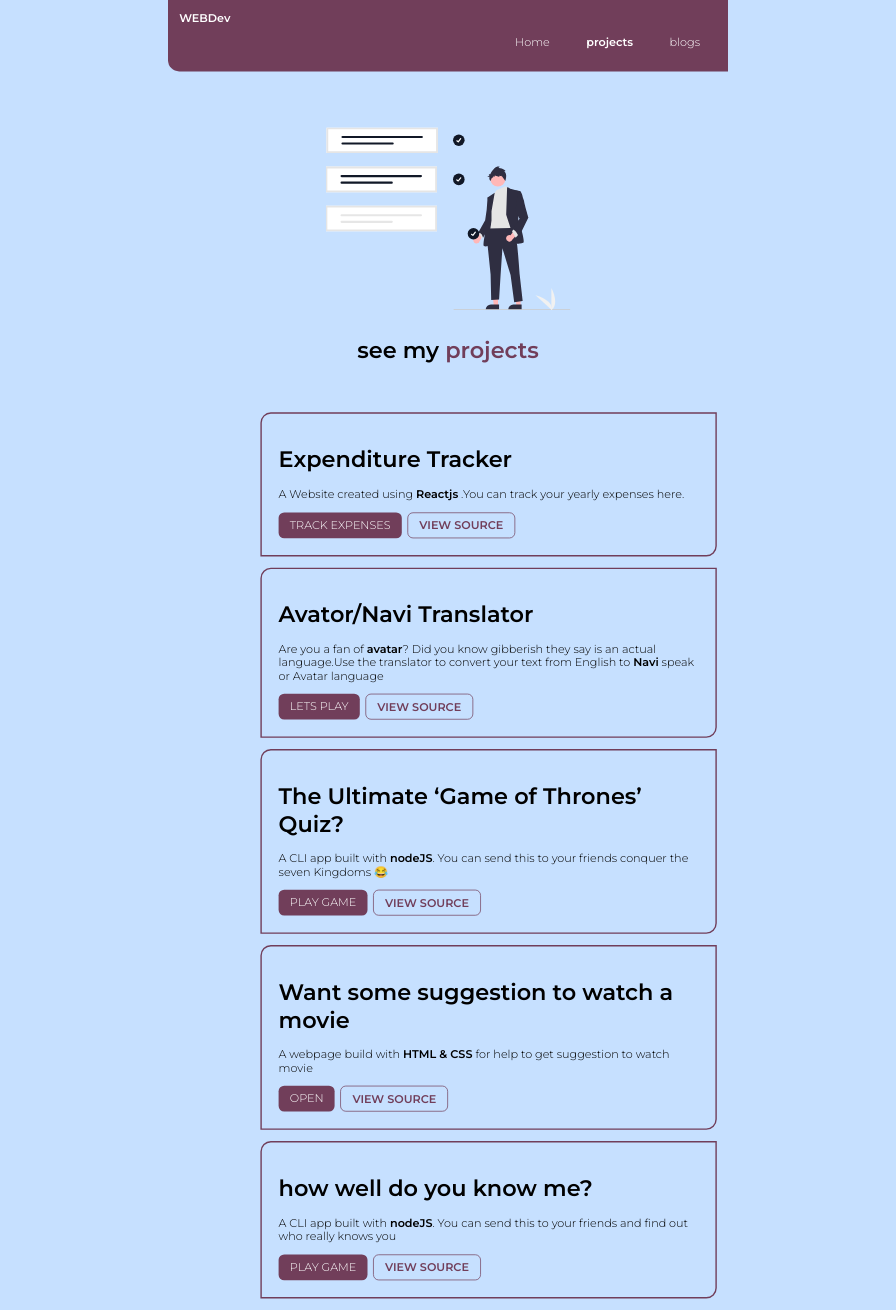
Repository: sohan2503001/Portfolio
Page: projects.html
An editor plug-in stored every save of this project. The page is shown before and after the next save, followed by the edit.
The browser window is 1280 px wide. The pictures show the whole page, at 70% of full size.

Above is the page before, as saved 2021-05-26 11:29:38.

### projects.html
<!DOCTYPE html>
<html lang="en">

<head>
  <meta charset="UTF-8" />
  <meta name="viewport" content="width=device-width, initial-scale=1.0" />
  <title>Projects | Sohan</title>
  <link rel="stylesheet" href="style.css" />
  <link rel="icon" href="images/favicon.svg" sizes="any" type="image/svg+xml">
</head>

<body>
  <nav class="navigation container">
    <div class="nav-brand">WEBDev</div>
    <ul class="list-non-bullet nav-pills">
      <li class="list-item-inline">
        <a class="link" href="/">Home</a>
      </li>
      <li class="list-item-inline">
        <a class="link link-active" href="projects.html">projects</a>
      </li>
      <li class="list-item-inline">
        <a class="link" href="blogs.html">blogs</a>
      </li>
    </ul>
  </nav>

  <header class="hero">
    <img class="hero-img" src="images/pro.svg" alt="" />
    <h1 class="hero-heading">
      see my<span class="heading-inverted"> projects</span>
    </h1>
  </header>


  <ol class="list list-non-bullet">


    <div class="container container-center box-contain">
      <li>
        <h1>Expenditure Tracker</h1>
        <p>
          A Website created using <strong>Reactjs</strong> .You can track your yearly expenses here.
        </p>

        <div class="link-button">
          <a class="link link-primary name-link" href="https://expenditure-tracker.netlify.app/"
          target="_blank">TRACK EXPENSES</a>
        <a class="link link-secondary" href="https://github.com/sohan2503001/Expenditure-Tracker" target="_blank">VIEW
          SOURCE</a>
        </div>
      </li>
    </div>


    <div class="container container-center box-contain">
      <li>
        <h1>Avator/Navi Translator </h1>
        <p>
          Are you a fan of <strong>avatar</strong>? Did you know gibberish they say is an actual
          language.Use the translator to convert your text from English to <strong>Navi</strong>
          speak or Avatar language
        </p>

        <div class="link-button">
          <a class="link link-primary name-link" href="https://avator-speak.netlify.app/"
          target="_blank">LETS PLAY</a>
        <a class="link link-secondary" href="https://github.com/sohan2503001/Avator-speak" target="_blank">VIEW
          SOURCE</a>
        </div>
      </li>
    </div>


    <div class="container container-center box-contain">
      <li>
        <h1>The Ultimate ‘Game of Thrones’ Quiz?</h1>
        <p>
          A CLI app built with <strong>nodeJS</strong>. You can send this to
          your friends conquer the seven Kingdoms 😂
        </p>

        <div class="link-button">
          <a class="link link-primary name-link" href="https://replit.com/@Sohan250301/GameofThronesQuiz?embed=1&output=1#index.js"
          target="_blank">PLAY GAME</a>
        <a class="link link-secondary" href="https://github.com/sohan2503001/GOTQuiz" target="_blank">VIEW SOURCE</a>
        </div>
      </li>
    </div>


    <div class="container container-center box-contain">
      <li>
        <h1>Want some suggestion to watch a movie</h1>
        <p>
          A webpage build with <strong>HTML & CSS </strong> for help to get suggestion to watch movie
        </p>

        <div class="link-button">
          <a class="link link-primary name-link" href="https://moviesreview.netlify.app/" target="_blank">OPEN</a>
        <a class="link link-secondary" href="https://github.com/sohan2503001/MovieSuggestion" target="_blank">VIEW
          SOURCE</a>
        </div>
      </li>
    </div>


    <div class="container container-center box-contain">
      <li>
        <h1>how well do you know me?</h1>
        <p>
          A CLI app built with <strong>nodeJS</strong>. You can send this to
          your friends and find out who really knows you
        </p>

        <div class="link-button">
          <a class="link link-primary name-link" href="https://replit.com/@Sohan250301/How-much-you-know-me?embed=1&output=1"
          target="_blank">PLAY GAME</a>
        <a class="link link-secondary" href="https://github.com/sohan2503001/Quiz1" target="_blank">VIEW SOURCE</a>
        </div>
      </li>
    </div>


  </ol>
  <script src="code.js"></script>
</body>

</html>

### style.css
@import url('https://fonts.googleapis.com/css2?family=Montserrat:wght@300;600&display=swap');

:root{
    --primary-color: #713E5A;
    --dark-gray: #4B5563;
    --off-white: #315659;
}

body {
    font-family: 'Montserrat', sans-serif;
    margin: auto;
    max-width: 800px;
    width: 100%;
    background-color: #C6E0FF;
}

hr{
    margin: 2rem 0rem;
}

/** container **/
.container{
    padding: 0rem 1rem;
}

.container-center{
    max-width: 600px;
    margin: auto;
}

/** links **/
.link{
    text-decoration: none;
    padding: 0.5rem 1rem;
    /*margin: 1rem 0rem 1rem 0rem;*/
}

.link-primary{
    background-color: var(--primary-color);
    border-radius: 0.5rem;
    color:white;
}

.link-secondary{
    color: var(--primary-color);
    border-radius: 0.5rem;
    border: 1px solid var(--primary-color);
    font-weight: bold;
}

/** lists **/

.list-non-bullet{
    list-style: none;
}

.list-item-inline{
    display: inline;
    padding: 0rem 0.5rem;
}

/** navigation **/

.navigation{
    background-color: var(--primary-color);
    color: white;
    padding: 1rem;
    border-bottom-left-radius: 1rem;
}

.navigation .nav-brand{
    font-weight: bold;
}

.navigation .nav-pills{
    text-align: right;
}

.navigation .link{
    color: white;
}

.navigation .link-active{
    font-weight: bold;
}

/**header **/

.hero{
    padding: 2rem;
    padding-top: 5rem;
}

.hero .hero-img{
    max-width: 350px;
    display: block;
    margin: auto;
}

.hero .hero-heading{
    padding-top: 1rem;
    color: var(--dark-red);
    text-align: center;
}

.hero .hero-heading .heading-inverted{
    color: var(--primary-color)
}

/** section **/
.section{
    padding: 1rem;
    border-radius: 15px;
    margin: 2rem;
}

.section h1{
    text-align: center;
    font-weight: bolder;
}

.ow {
    background-color: var(--off-white);
}

.section p{
    font-weight: bold;
}

/**footer **/

.footer{
    background-color: var(--primary-color);
    padding: 1rem;
    text-align: center;
    color: white;
    border-top-right-radius: 1rem;
}

.footer .link{
    color: white;
}

.footer .footer-header{
    font-weight: bold;
    font-size: large;
}

.footer ul{
    padding-inline-start: 0px;
}

/**Projects**/
.box-contain{
    border: 2px solid var(--primary-color);
    padding: 1.5rem;
    border-top-left-radius: 15px;
    border-bottom-right-radius: 15px;
    margin: auto;
    margin-top: 1rem;
    margin-right: 1rem;
}

.link-button{
    display: flex;
}

.name-link{
    margin-right: 0.5rem;
}

### code.js
function myFunction() {
    var element = document.body;
    element.classList.toggle("dark-mode");
}

After the next save:
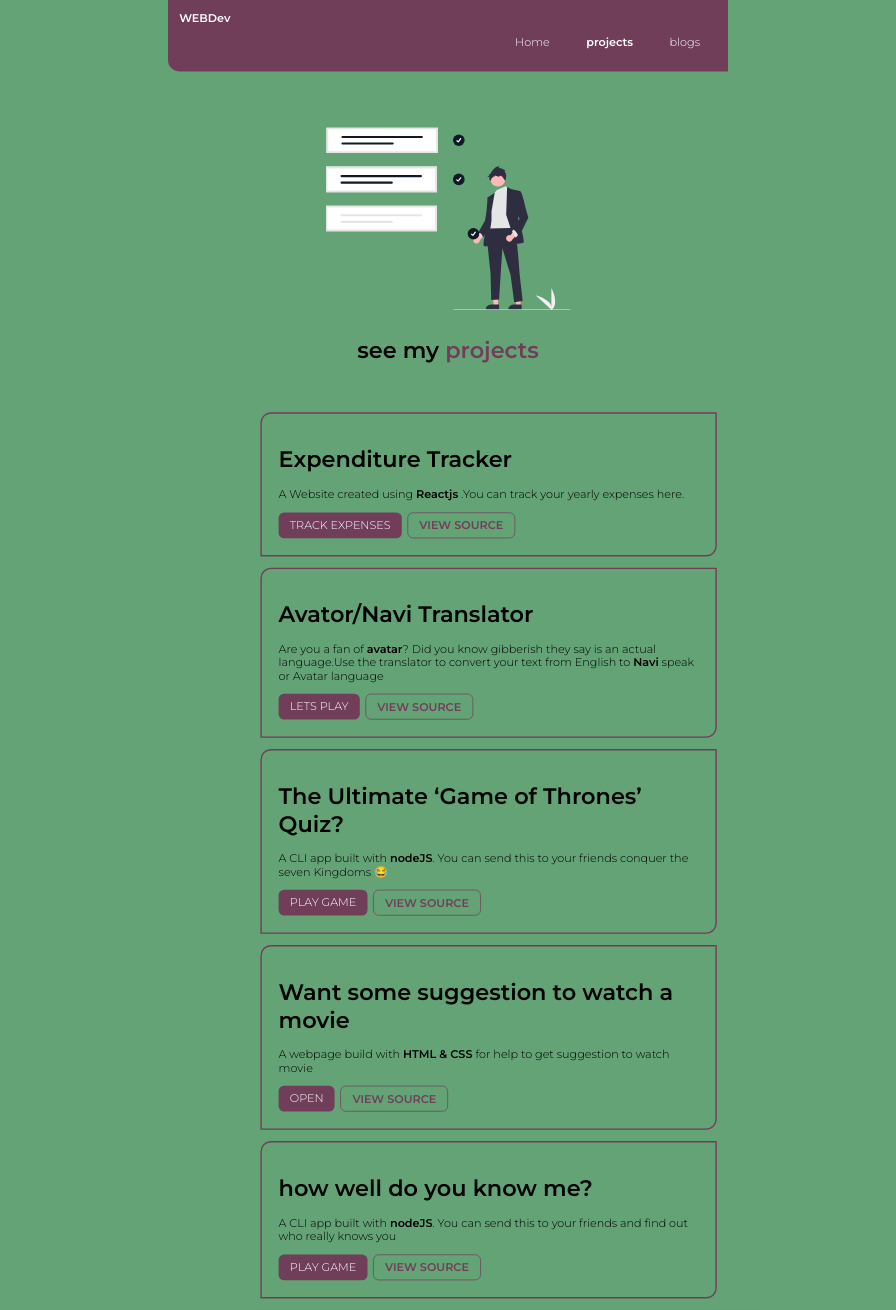
Saved 20 s later.
--- a/style.css
+++ b/style.css
@@ -11,7 +11,7 @@ body {
     margin: auto;
     max-width: 800px;
     width: 100%;
-    background-color: #C6E0FF;
+    background-color: #63A375;
 }
 
 hr{
